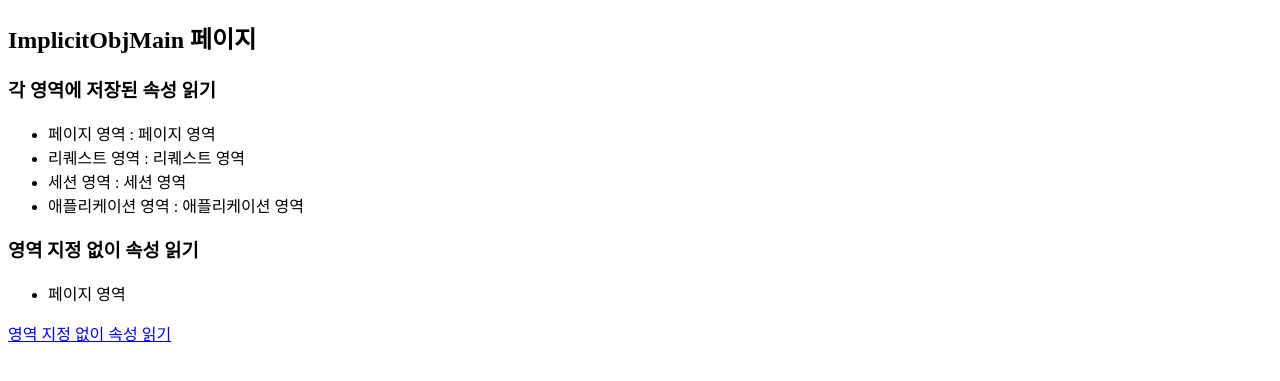
Repository: Park-Dongheon/Servlet-JSP_Training
Page: http://localhost/MustHaveJSP/10EL/ImplicitObjMain.jsp
An editor plug-in stored every save of this project. The page is shown before and after the next save, followed by the edit.
The browser window is 1280 px wide. The pictures show the whole page.
The page is served by Tomcat 10.

Above is the page before, as saved 2024-06-24 05:32:17.

After the next save:
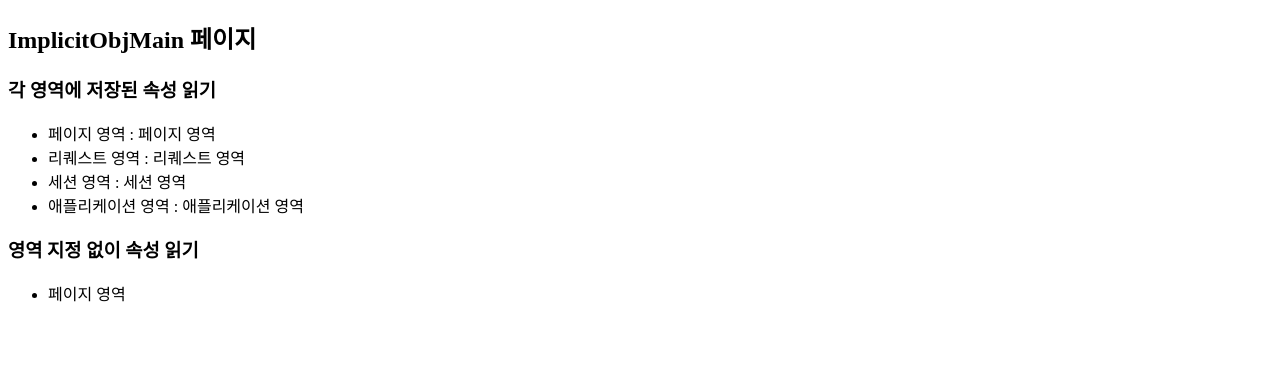
Saved 2 min 58 s later.
--- a/MustHaveJSP/src/main/webapp/10EL/ImplicitObjMain.jsp
+++ b/MustHaveJSP/src/main/webapp/10EL/ImplicitObjMain.jsp
@@ -27,7 +27,7 @@ application.setAttribute("scopeValue", "애플리케이션 영역");
 		<li>${ scopeValue }</li>
 	</ul>
 
-	<a href="ImplicitForwardResult.jsp">영역 지정 없이 속성 읽기</a>
+<!-- 	<a href="ImplicitForwardResult.jsp">영역 지정 없이 속성 읽기</a>	 -->
 <%-- <jsp:forward page="ImplicitForwardResult.jsp" /> --%>
 </body>
 </html>
